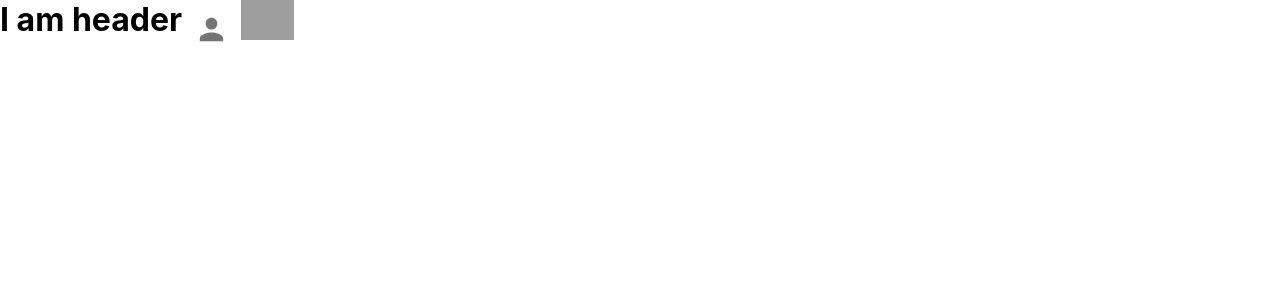
Repository: exiled-kal/TinderApp
Page: /
An editor plug-in stored every save of this project. The page is shown before and after a run of saves, followed by the edit.
The browser window is 1280 px wide. The pictures show the whole page.
Pictures or frames that could not be fetched are drawn as grey boxes. The project was rebuilt for these pictures with package versions that can differ from the ones it lists, and the page was loaded fresh each time. Also part of the build but not shown: src/App.css.

Above is the page before, as saved 2020-09-14 22:40:51.

After the next 4 saves:
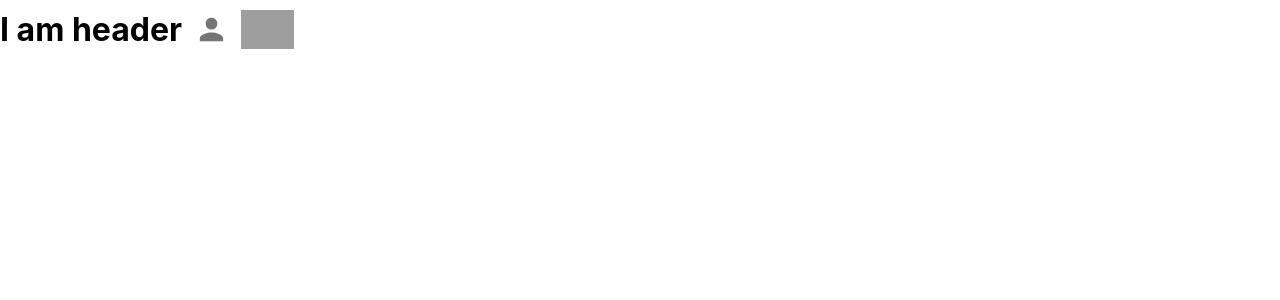
The 4 saves are shown as one change because they came seconds apart.
The last was saved 10 s later.
--- a/src/Header.css
+++ b/src/Header.css
@@ -1,9 +1,9 @@
 .header {
-    display: flex;
+  display: flex;
+  align-items: center;
 }
 
-
 .header__logo {
-    object-fit: contain;
-    height: 40px;
+  object-fit: contain;
+  height: 40px;
 }
